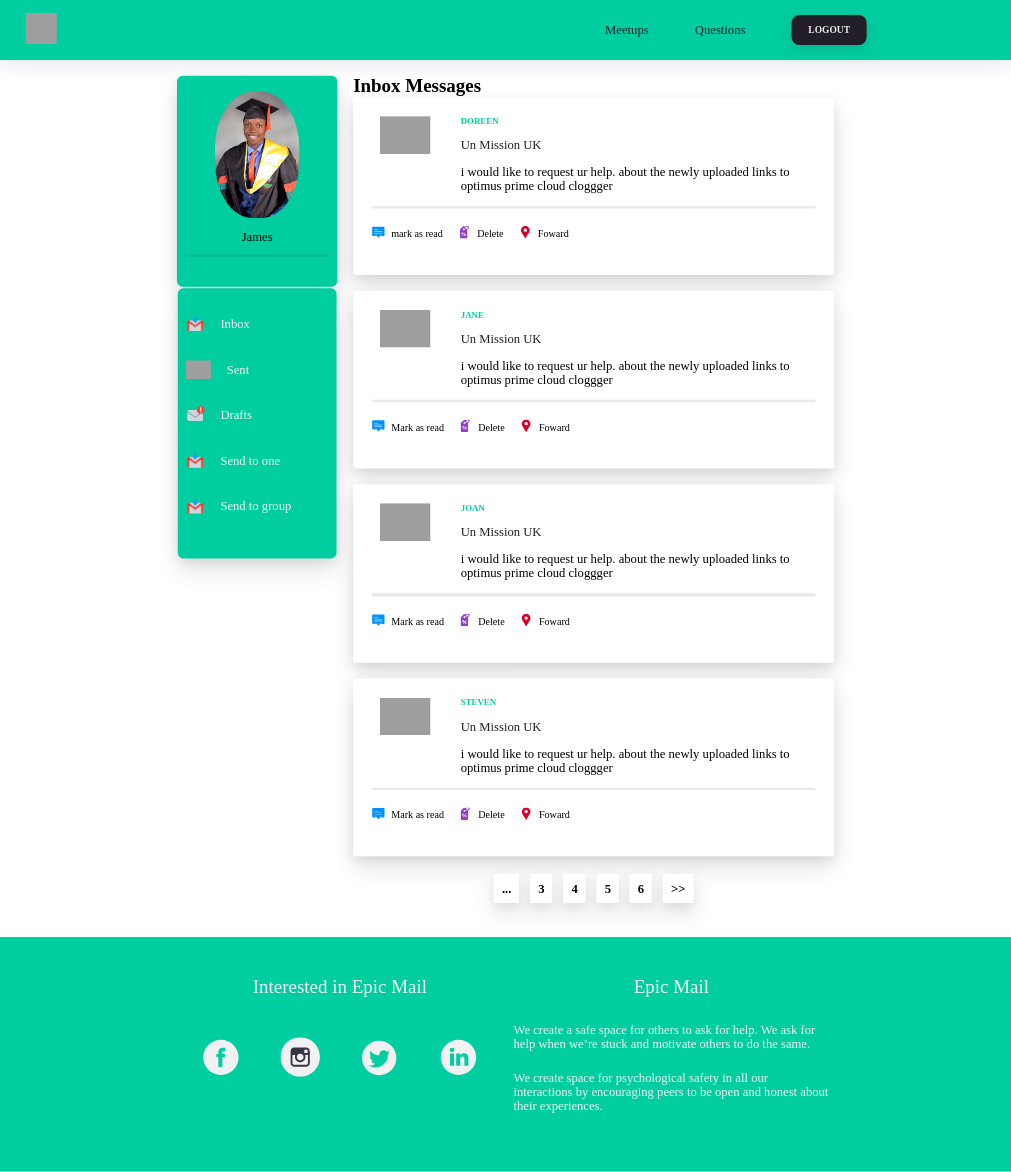
Repository: Gfreedoms/Epic-Mail
Page: pages/profile.html
These files come from the project's save history. The page is drawn as it stood at one moment and after the next save; the edit follows.
The browser window is 1280 px wide. The pictures show the whole page, at 79% of full size.
Pictures or frames that could not be fetched are drawn as grey boxes. Some web fonts or font styles are not loaded; a fallback is used.

Above is the page before, as saved 2019-02-26 23:47:27.

After the next save:
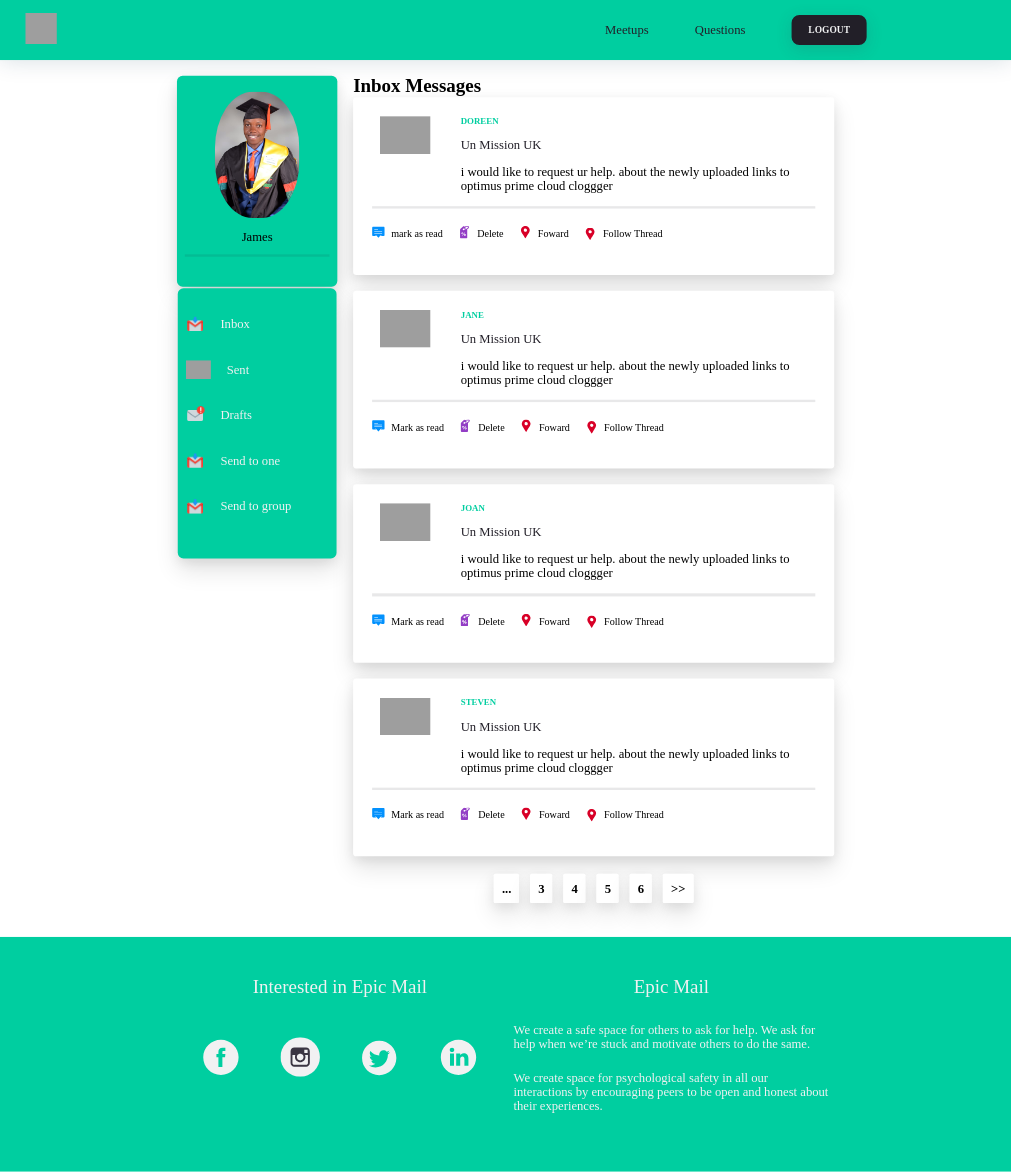
Saved 2 min 45 s later.
--- a/pages/profile.html
+++ b/pages/profile.html
@@ -149,6 +149,11 @@
 								<a href="#!"><img src="../assets/imgs/icons/pointer.svg" alt=""></a>
 								Foward
 							</span>
+
+							<span>
+									<a href="#!"><img src="../assets/imgs/icons/pointer.svg" alt=""></a>
+									Follow Thread
+							</span>
 						</div>
 					</div>
 				</div>
@@ -182,6 +187,11 @@
 								<a href="#!"><img src="../assets/imgs/icons/pointer.svg" alt=""></a>
 								Foward
 							</span>
+
+							<span>
+									<a href="#!"><img src="../assets/imgs/icons/pointer.svg" alt=""></a>
+									Follow Thread
+							</span>
 						</div>
 					</div>
 				</div>
@@ -216,6 +226,11 @@
 								<a href="#!"><img src="../assets/imgs/icons/pointer.svg" alt=""></a>
 								Foward
 							</span>
+
+							<span>
+									<a href="#!"><img src="../assets/imgs/icons/pointer.svg" alt=""></a>
+									Follow Thread
+							</span>
 						</div>
 					</div>
 				</div>
@@ -248,6 +263,10 @@
 							<span>
 								<a href="#!"><img src="../assets/imgs/icons/pointer.svg" alt=""></a>
 							Foward
+							</span>
+							<span>
+									<a href="#!"><img src="../assets/imgs/icons/pointer.svg" alt=""></a>
+									Follow Thread
 							</span>
 						</div>
 					</div>
